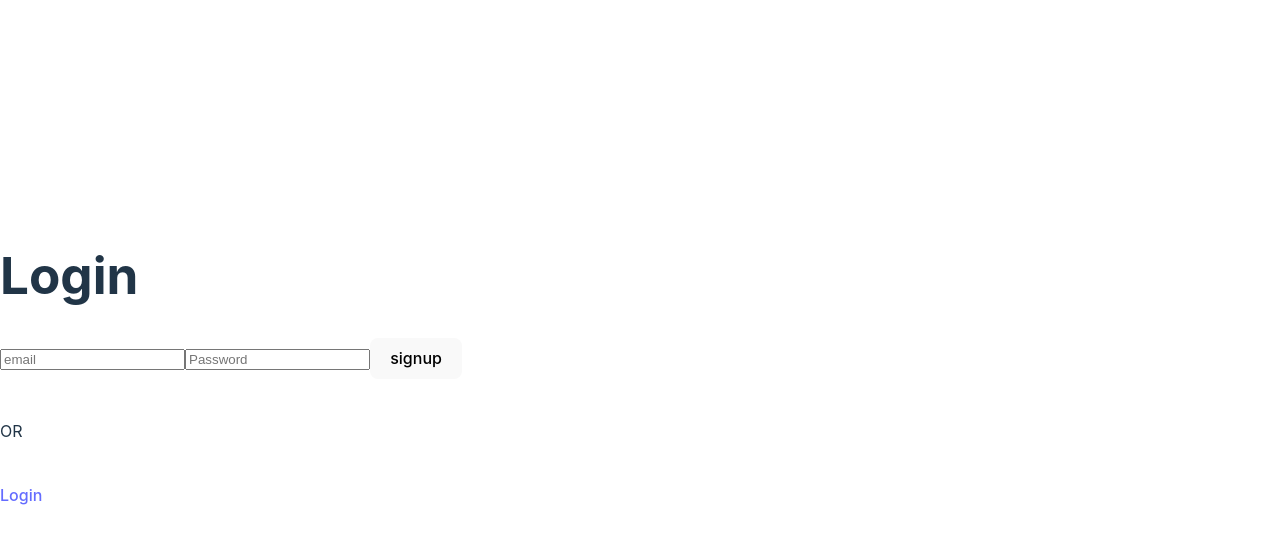
Repository: cynthiamoraa/Login
Page: /signup
The author's editor kept a copy of each file at every save. The page is drawn from the files as they stood at one save, then again after a run of saves.
The browser window is 1280 px wide. The pictures show the whole page.
The project was rebuilt for these pictures with package versions that can differ from the ones it lists, and the page was loaded fresh each time. Also part of the build but not shown: vite.config.js, src/components/Login.jsx, src/components/Home.js.

Above is the page before, as saved 2023-05-10 22:42:37.

### src/App.jsx
import {BrowserRouter as Router, Routes, Route} from 'react-router-dom'
import Login from './components/Login'
import Signup from './components/Signup'
import Home from './components/Home'

const App = () => {
  return (
    <div className='App'>
      <Router>
        <Routes>
          <Route path='/' element={<Login />} />
          <Route path='/signup' element={<Signup />} />
          <Route path='/home' element={<Home />} />
        </Routes>
      </Router>
    </div>
  )
}

export default App

### src/components/Signup.jsx
import { useState } from "react";
import axio from "axios";
import { useNavigate, Link } from "react-router-dom";

const Signup = () => {
  const [email, setEmail] = useState("");
  const [password, setPassword] = useState("");
  const navigate = useNavigate();
  async function submit(e) {
    e.preventDefault();
    try {
      await axio.post("http://localhost:5000/Signup", {
        email,
        password,
      })
      .then((res) => {
        if (res.data.message === "User exists") {
          alert("User exists");
        } else {
          navigate("/home", { state: { id: email } });
        }
      })
      .catch((e) => {
        alert("Error in logging in");
        console.log(e);
      });
    }
    catch (e) {
      console.log(e);
    }
  }

  return (
    <div className="login">
      <h1>Login</h1>
      <form>
        <input
          type="email"
          onChange={(e) => {
            setEmail(e.target.value);
          }}
          placeholder="email"
        />
        <input
          type="password"
          onChange={(e) => {
            setPassword(e.target.value);
          }}
          placeholder="Password"
        />
        <button type="submit" onClick={submit}>
          signup
        </button>
      </form>
      <br />
      <p>OR</p>
      <br />
      <Link to="/">Login</Link>
    </div>
  );
};

export default Signup;

Loaded but not shown: index.html (common file); src/main.jsx (common file); src/index.css (common file)

After the next 2 saves:
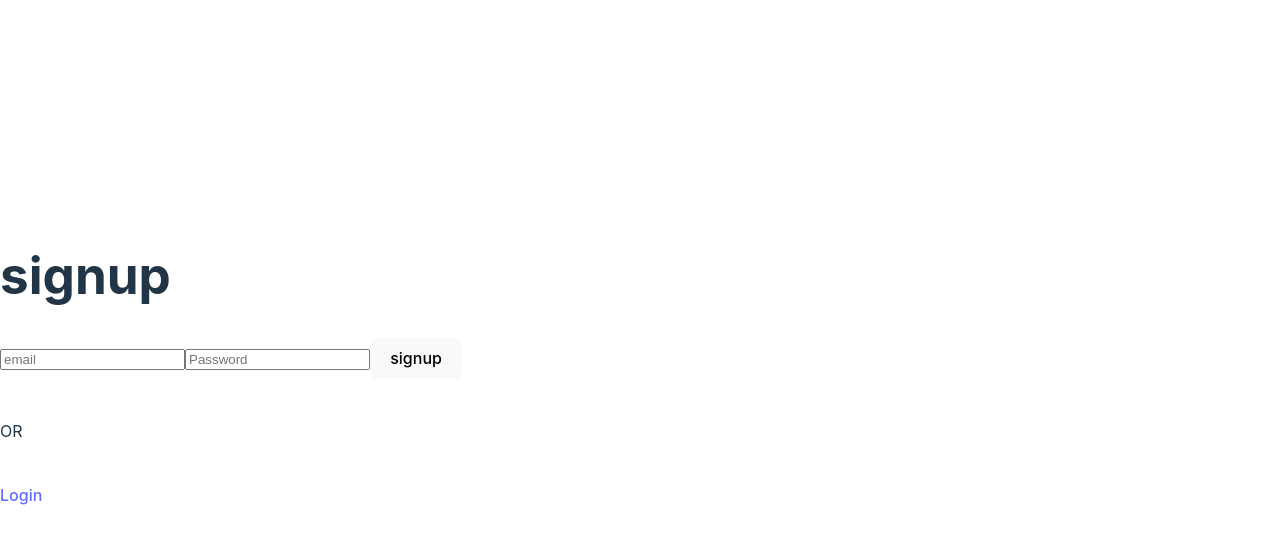
The 2 saves are shown as one change because they came seconds apart.
The last was saved 109 s later.
--- a/src/components/Signup.jsx
+++ b/src/components/Signup.jsx
@@ -32,7 +32,7 @@ const Signup = () => {
 
   return (
     <div className="login">
-      <h1>Login</h1>
+      <h1>signup</h1>
       <form>
         <input
           type="email"
